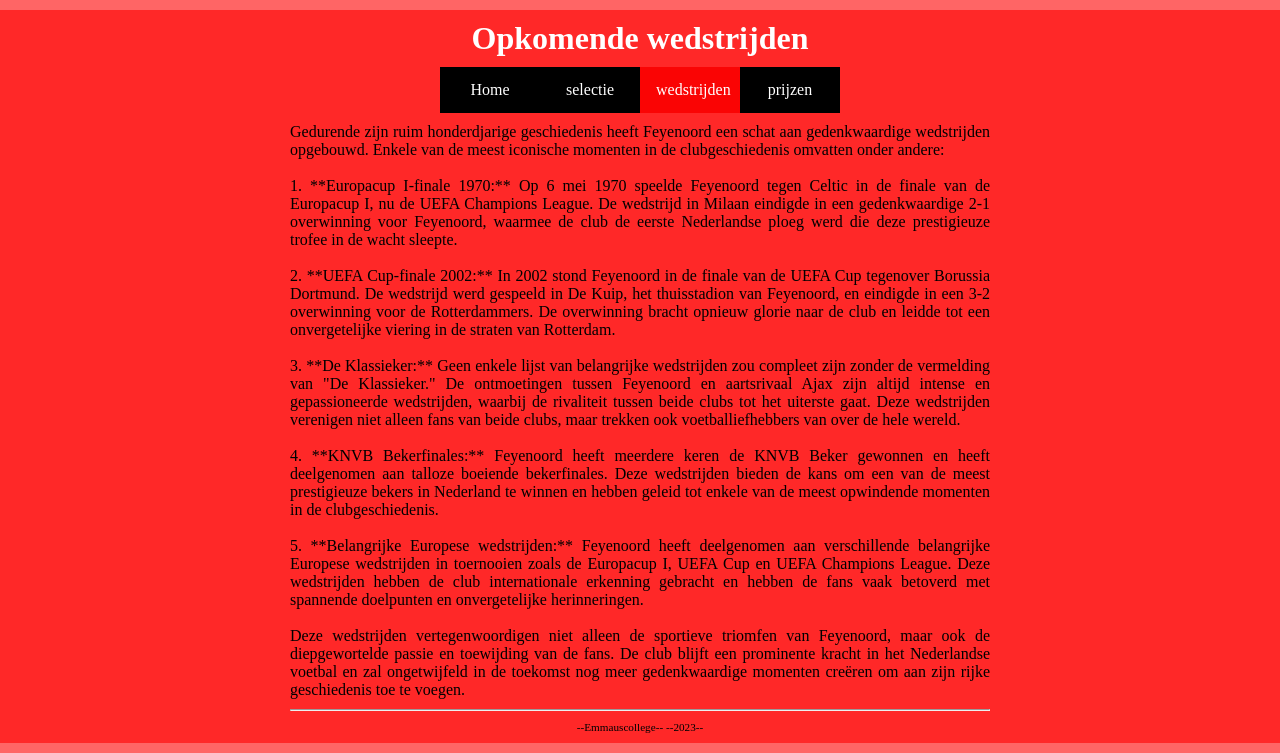
Repository: Manoize/ManoIze
Page: info.html
An editor plug-in stored every save of this project. The page is shown before and after the next save, followed by the edit.
The browser window is 1280 px wide. The pictures show the whole page.

Above is the page before, as saved 2023-10-24 10:29:20.

After the next save:
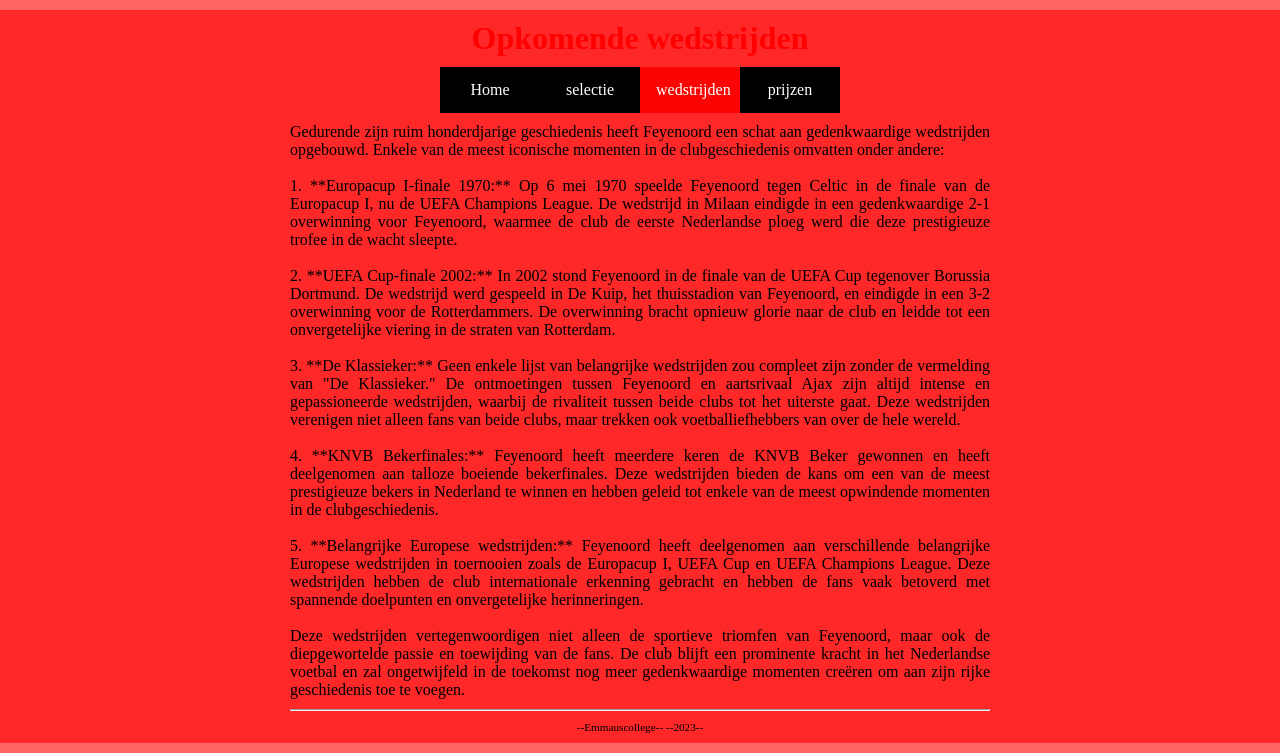
Saved 15 s later.
--- a/style.css
+++ b/style.css
@@ -78,7 +78,7 @@
 /* Opmaak voor alle pagina's */
 
 h1, h2, h3 {
-      color: rgb(255, 255, 255);
+      color: rgb(255, 0, 0);
 }
 
 .smalltext {

After the save that followed:
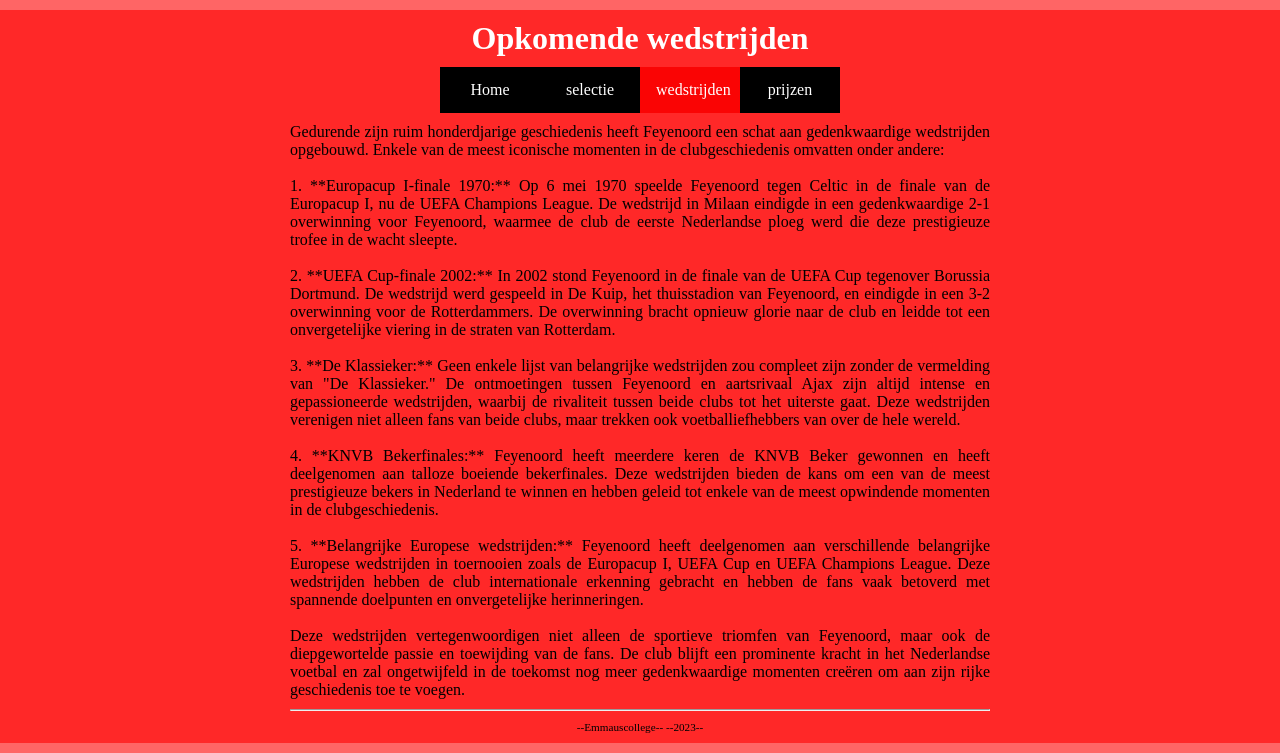
Saved 11 s later.
--- a/style.css
+++ b/style.css
@@ -78,7 +78,7 @@
 /* Opmaak voor alle pagina's */
 
 h1, h2, h3 {
-      color: rgb(255, 0, 0);
+      color: rgb(255, 255, 255);
 }
 
 .smalltext {
